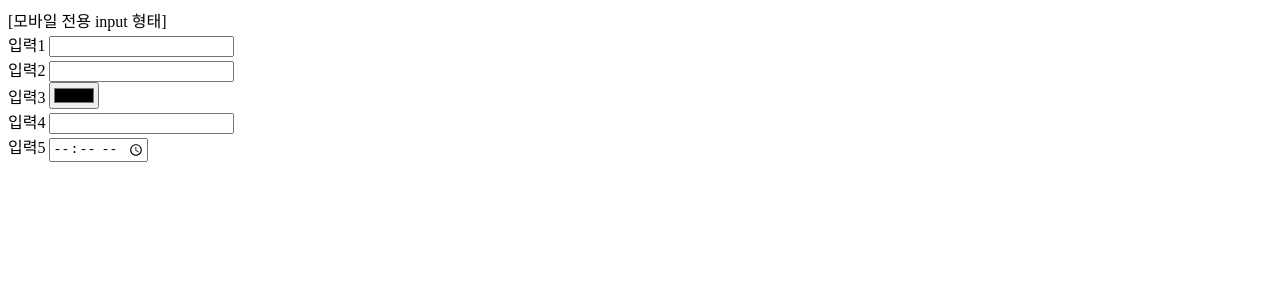
Repository: mnemion/BackendClass
Page: web/src/main/webapp/m/index.html
An editor plug-in stored every save of this project. The page is shown before and after the next save, followed by the edit.
The browser window is 1280 px wide. The pictures show the whole page.

Above is the page before, as saved 2023-08-31 05:47:30.

After the next save:
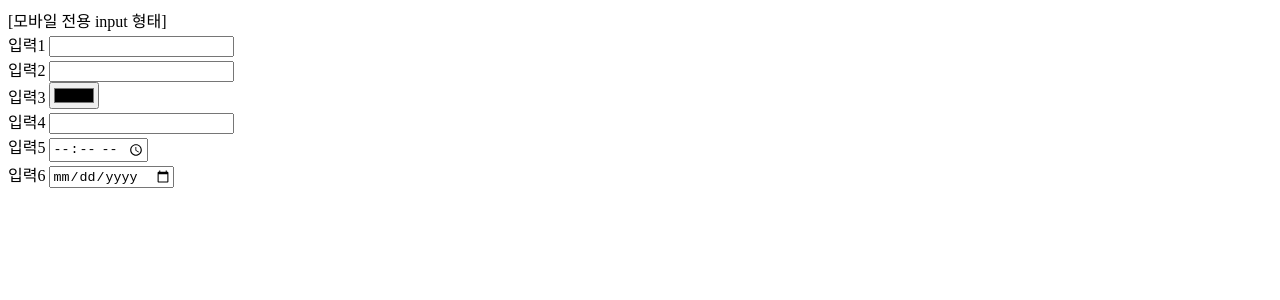
Saved 11 s later.
--- a/web/src/main/webapp/m/index.html
+++ b/web/src/main/webapp/m/index.html
@@ -12,5 +12,6 @@
 입력3 <input type="color"><br>	<!-- 색상선택 (P, M) -->
 입력4 <input type="tel"><br>		<!-- 전화번호 (M) -->
 입력5 <input type="time"><br>		<!-- 시간선택 (P, M) -->
+입력6 <input type="date"><br>
 </body>
 </html>
